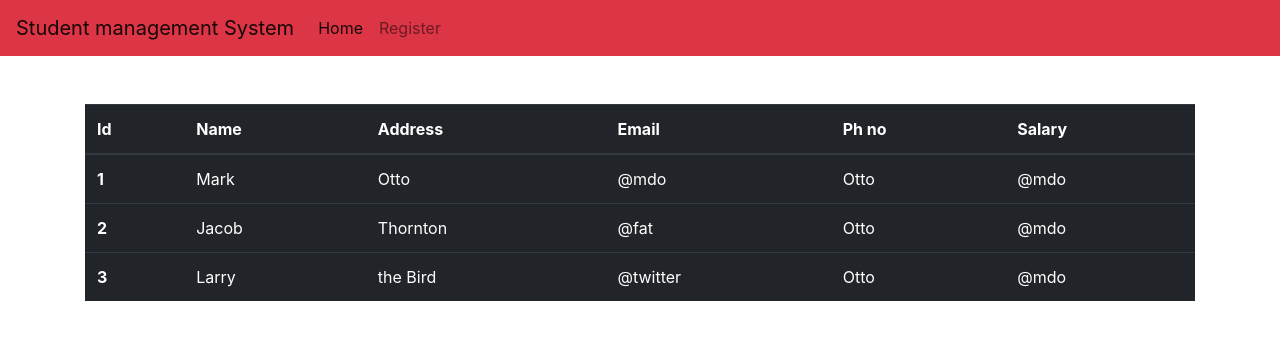
Repository: arindolghosh44/spring
Page: http://localhost/index
These files come from the project's save history. The page is drawn as it stood at one moment and after the next save; the edit follows.
The browser window is 1280 px wide. The pictures show the whole page.
Some web libraries are served in a nearby version. The page is this project's Thymeleaf template; nobody is signed in. The template is opened directly, without the code that normally fills it, so the values that code supplies are empty.

Above is the page before, as saved 2024-01-20 04:22:02.

After the next save:
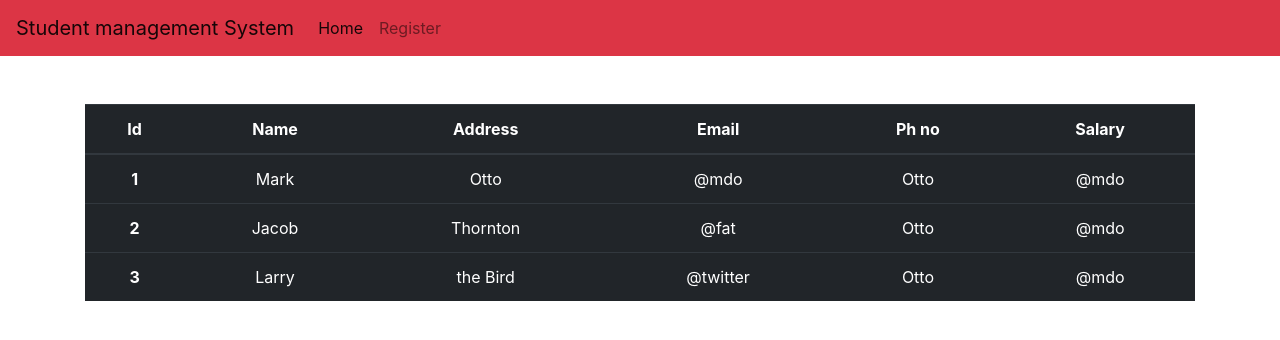
Saved 25 s later.
--- a/emp_management_System1-1/src/main/resources/templates/index.html
+++ b/emp_management_System1-1/src/main/resources/templates/index.html
@@ -54,7 +54,7 @@
 
 
 
-    <div class="container mt-5">
+    <div class="container mt-5 text-center">
     <table class="table table-dark">
   <thead>
     <tr>
